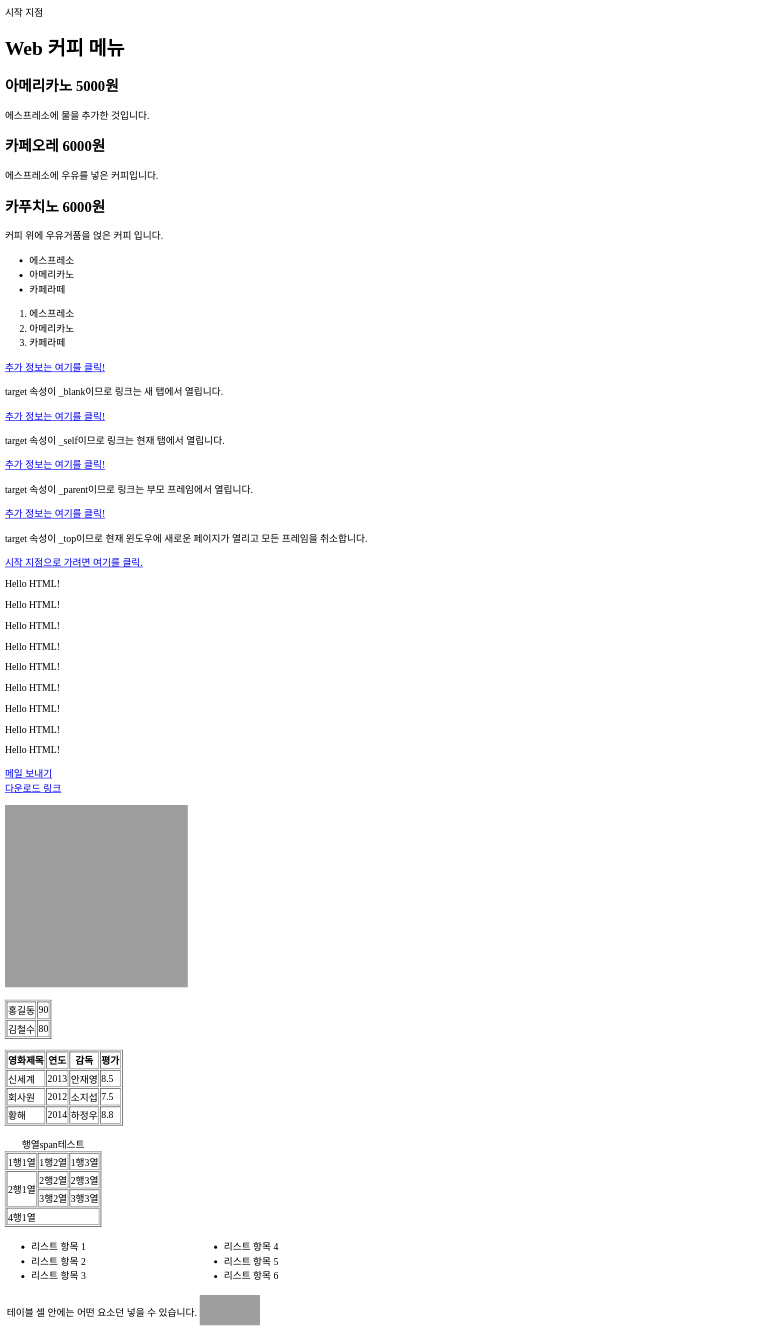
Repository: dhbaek2004/JSPex
Page: http://localhost/UX/UX_01.jsp
The author's editor kept a copy of each file at every save. The page is drawn from the files as they stood at one save, then again after the next save.
The browser window is 1280 px wide. The pictures show the whole page, at 61% of full size.
Pictures or frames that could not be fetched are drawn as grey boxes. The page is served by Tomcat 9.

Above is the page before, as saved 2020-08-26 06:08:09.

After the next save:
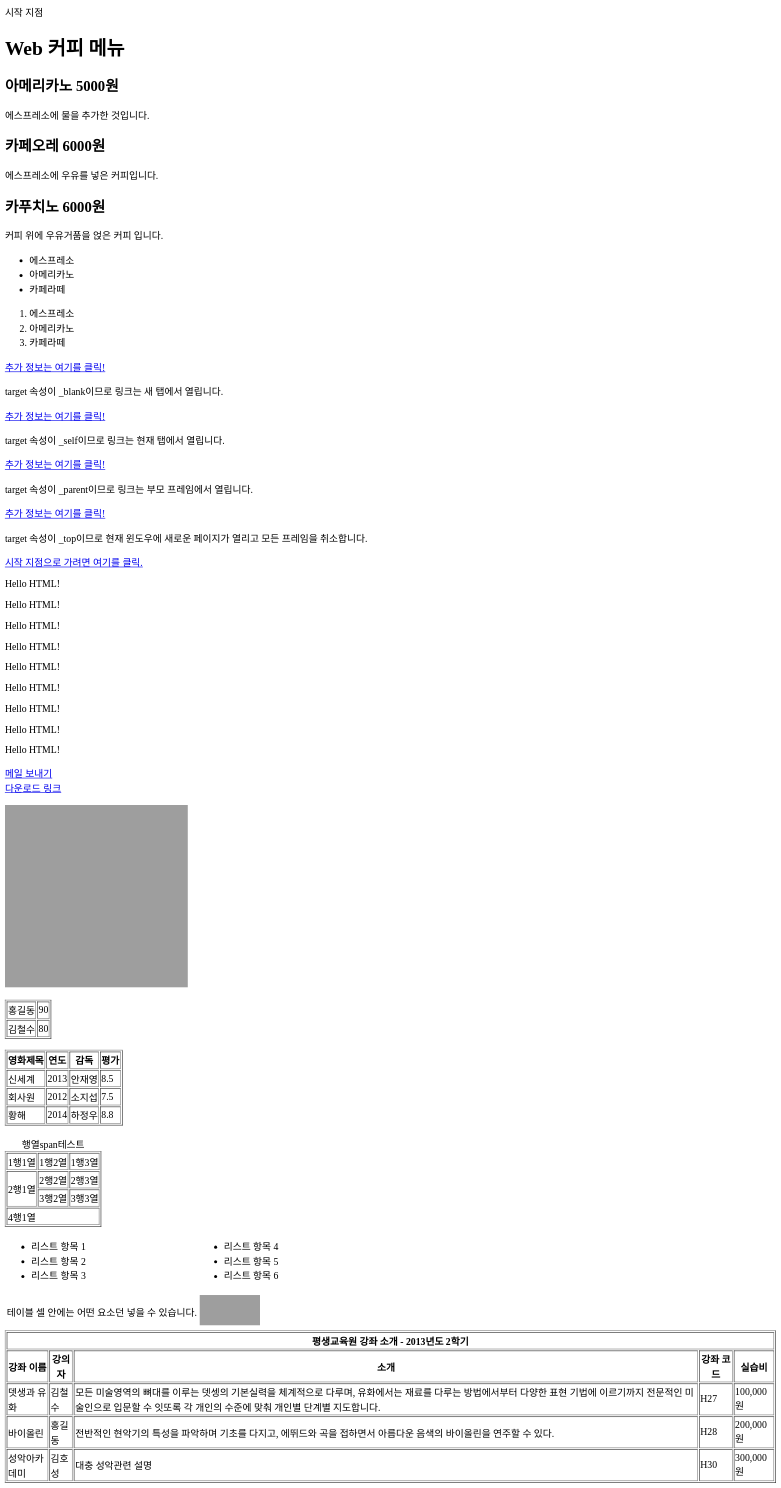
Saved 31 min 25 s later.
--- a/Infrearn/UX/UX/WebContent/UX_01.jsp
+++ b/Infrearn/UX/UX/WebContent/UX_01.jsp
@@ -156,7 +156,41 @@
 				<img src="americano.png" width="100" height="50">
 			</td>
 		</tr>
+	</table>
 
+
+	<table border="1">
+		<tr>
+			<th colspan="5">평생교육원 강좌 소개 - 2013년도 2학기</th>
+		</tr>
+		<tr>
+			<th>강좌 이름</th>
+			<th>강의자</th>
+			<th>소개</th>
+			<th>강좌 코드</th>
+			<th>실습비</th>
+		</tr>
+		<tr>
+			<td>뎃생과 유화</td>
+			<td>김철수</td>
+			<td>모든 미술영역의 뼈대를 이루는 뎃셍의 기본실력을 체계적으로 다루며, 유화에서는 재료를 다루는 방법에서부터 다양한 표현 기법에 이르기까지 전문적인 미술인으로 입문할 수 잇또록 각 개인의 수준에 맞춰 개인별 단계별 지도합니다.</td>
+			<td>H27</td>
+			<td>100,000원</td>
+		</tr>
+		<tr>
+			<td>바이올린</td>
+			<td>홍길동</td>
+			<td>전반적인 현악기의 특성을 파악하며 기초를 다지고, 에뛰드와 곡을 접하면서 아름다운 음색의 바이올린을 연주할 수 있다.</td>
+			<td>H28</td>
+			<td>200,000원</td>
+		</tr>
+		<tr>
+			<td>성악아카데미</td>
+			<td>김호성</td>
+			<td>대충 성악관련 설명</td>
+			<td>H30</td>
+			<td>300,000원</td>
+		</tr>
 
 	</table>
 </body>
